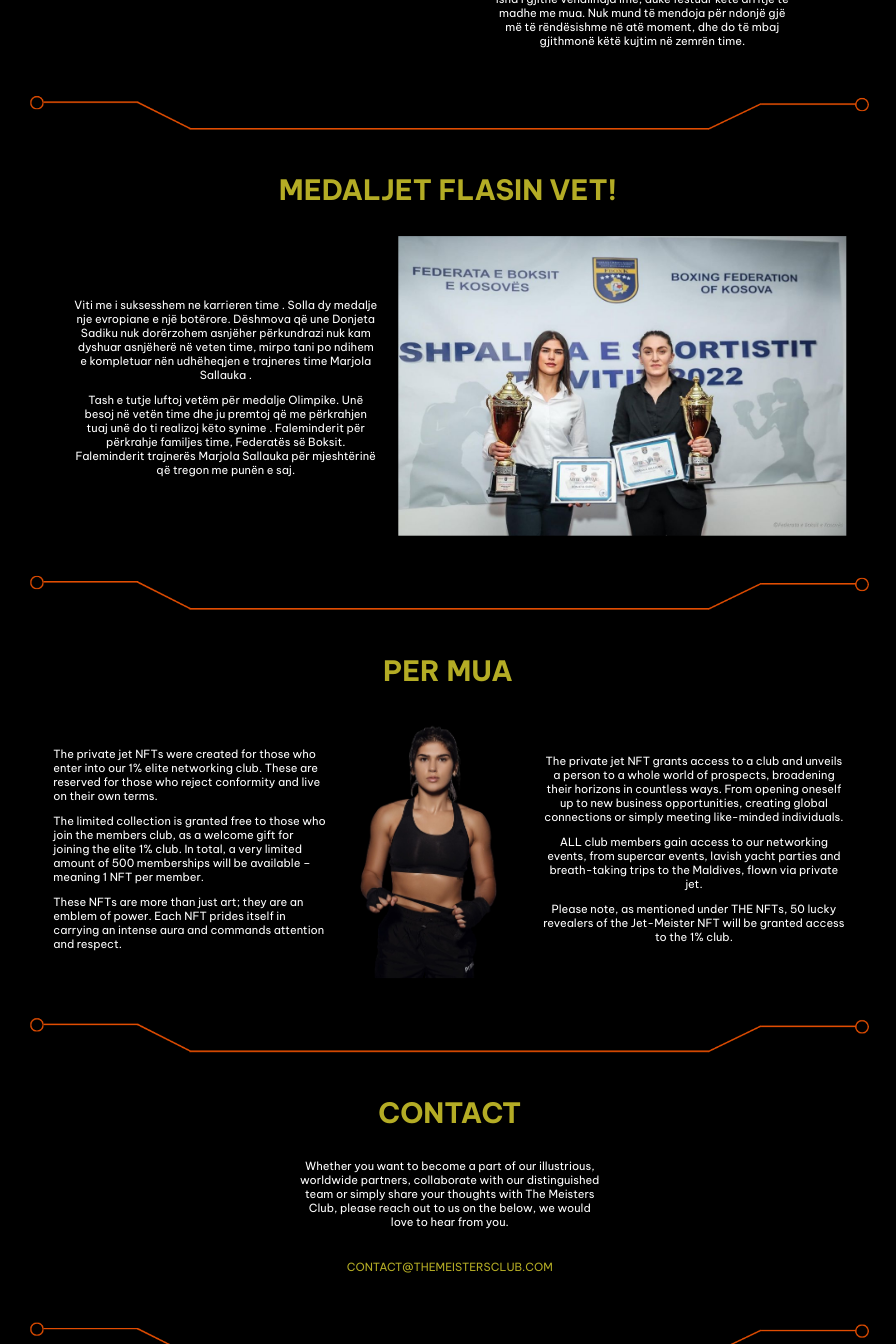
Repository: milot-morina/ds-boxing
Page: DS-Portfolio/index.html
The author's editor kept a copy of each file at every save. The page is drawn from the files as they stood at one save, then again after the next save.
The browser window is 1280 px wide. The pictures show the part of the page from y = 1195 to 3115 px (the page is 3821 px tall), at 70% of full size.
A picture or video elsewhere on the page could not be fetched, so the positions and the page height are approximate.

Above is the page before, as saved 2023-03-20 23:00:56.

After the next save:
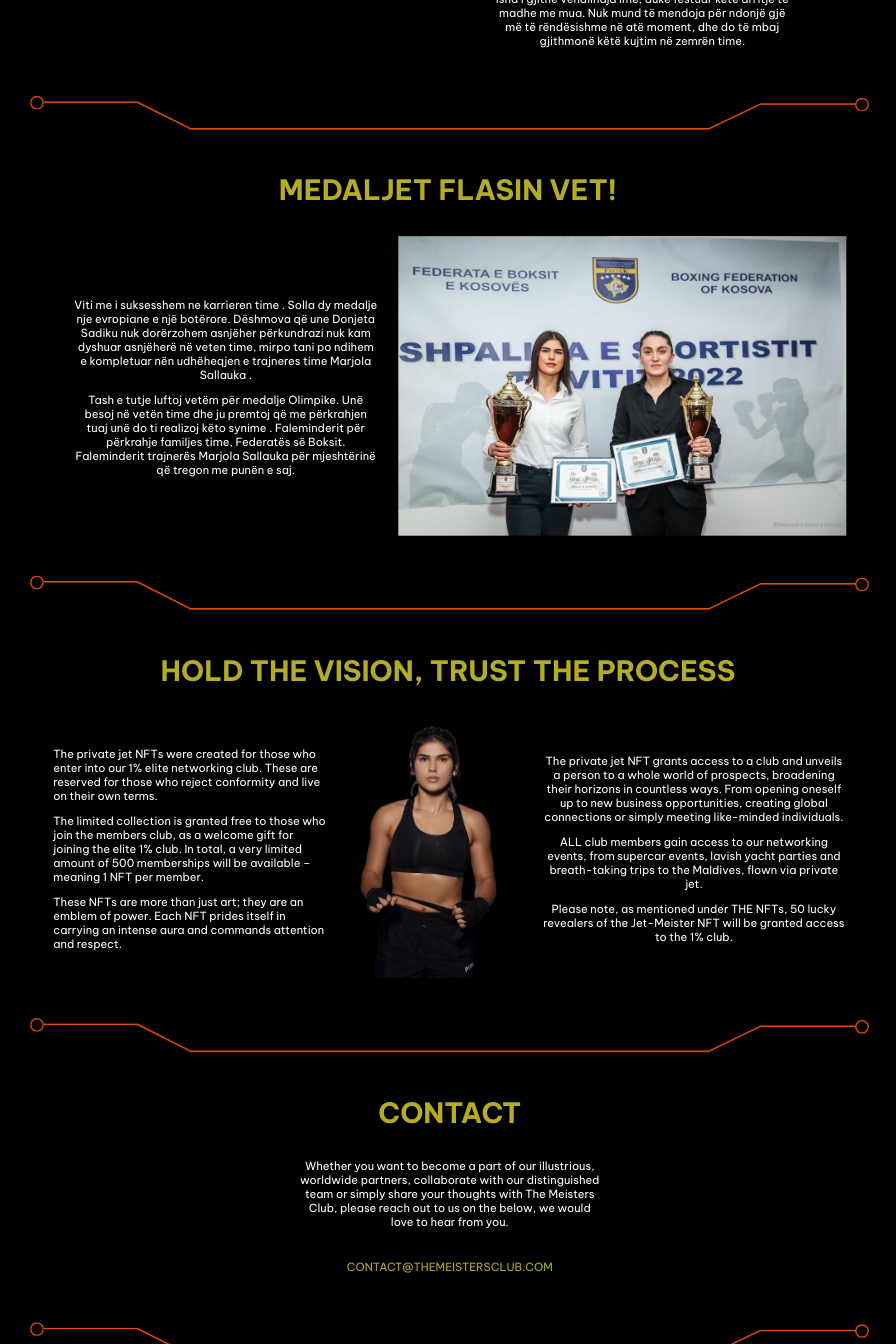
Saved 42 s later.
--- a/DS-Portfolio/index.html
+++ b/DS-Portfolio/index.html
@@ -96,7 +96,7 @@
 
 
   <section class="section4 container" id="nft">
-    <p class="section-h hidden3">PER MUA</p>
+    <p class="section-h hidden3">HOLD THE VISION, TRUST THE PROCESS</p>
     <div class="row">
       <div class="text hidden2" style="text-align: left">
         <p>The private jet NFTs were created for those who enter into our 1% elite networking club. These are reserved for those who reject conformity and live on their own terms.
